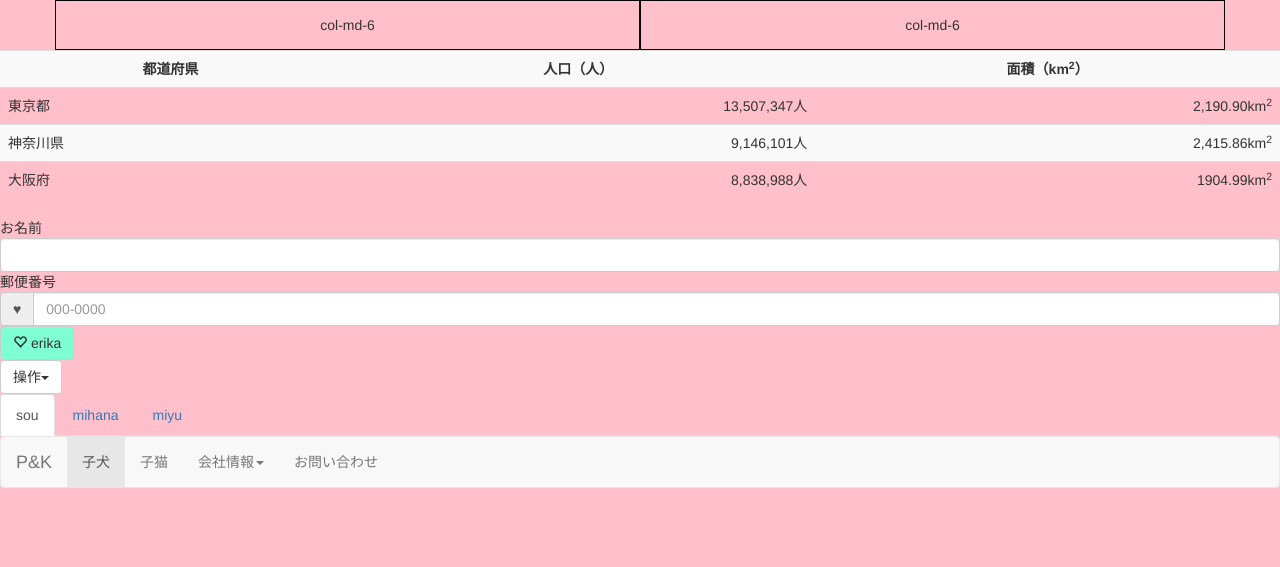
Repository: erika-sugimoto/microposts
Page: bootstrap_lesson.html
The author's editor kept a record of every edit. The page is drawn from the files as they stood at one moment, then again after the next edit.
The browser window is 1280 px wide. The pictures show the whole page.

Above is the page before.

### bootstrap_lesson.html
<!DOCTYPE html>
<html>
    <head>
        <meta charset="utf-8">
        <meta http-equiv="X-UA-Compatible" content="IE=edge">
        <meta name="viewport" content="width=device-width, initial-scale=1">

        <title>Grid System Test</title>

        <!-- Bootstrap CSS-->
        <link rel="stylesheet" href="https://maxcdn.bootstrapcdn.com/bootstrap/3.3.7/css/bootstrap.min.css">
        <!-- jQuery -->
        <script src="https://ajax.googleapis.com/ajax/libs/jquery/1.12.4/jquery.min.js"></script>
        <!-- Bootstrap JavaScript-->
        <script src="https://maxcdn.bootstrapcdn.com/bootstrap/3.3.7/js/bootstrap.min.js"></script>
    <link rel="stylesheet" href="bootstrap_lesson.css">
        <style>
            .row div {
                border: 1px solid #000;
                padding: 1em;
                text-align: center;

            }
        </style>

    </head>
    <body>
        <div class="container">
            <div class="row">
                <div class="col-md-6">col-md-6</div>
                <div class="col-md-6">col-md-6</div>
            </div>
        </div>
        <table class="table table-striped"　>
    <tr>
        <th class="text-center">都道府県</th>
        <th class="text-center">人口（人）</th>
        <th class="text-center">面積（km<sup>2</sup>）</th>
    </tr>
    <tr>
        <td>東京都</td>
        <td class="text-right">13,507,347人</td>
        <td class="text-right">2,190.90km<sup>2</sup></td>
    </tr>
    <tr>
        <td>神奈川県</td>
        <td class="text-right">9,146,101人</td>
        <td class="text-right">2,415.86km<sup>2</sup></td>
    </tr>
    <tr>
        <td>大阪府</td>
        <td class="text-right">8,838,988人</td>
        <td class="text-right">1904.99km<sup>2</sup></td>
    </tr>
</table>
<form>
    お名前
    <input type="text" class="form-control">
</form>
    <form>
  郵便番号
  <div class="input-group">
    <!-- left accessory -->
    <span class="input-group-addon">♥</span>

    <input type="text" class="form-control" placeholder="000-0000">
  </div>
</form>

<button id="erika" class="btn btn-default" type="submit">
    <span class="glyphicon glyphicon-heart-empty"></span>
    erika
    </button>
     <div class="dropdown">
  <button type="button" class="btn btn-default dropdown-toggle" data-toggle="dropdown">
    操作<span class="caret"></span>
  </button>
  <!-- choices -->
  <ul class="dropdown-menu">
    <li><a href="#">返信</a></li>
    <li><a href="#">転送</a></li>
    <li role="separator" class="divider"></li>
    <li><a href="#">削除</a></li>
  </ul>
</div>

<ul class="nav nav-tabs">
  <li class="active"><a href="#">sou</a></li>
  <li><a href="#">mihana</a></li>
  <li><a href="#">miyu</a></li>
</ul>

<nav class="navbar navbar-default">
  <div class="container-fluid">
    <div class="navbar-header">
      <!-- hamburger button which shows narrow width -->
      <button type="button" class="navbar-toggle collapsed" data-toggle="collapse" data-target="#navbar">
        <span class="icon-bar"></span>
        <span class="icon-bar"></span>
        <span class="icon-bar"></span>
      </button>

      <!-- link back to the home -->
      <a class="navbar-brand" href="#">P&amp;K</a>
    </div>

    <!-- menu items -->
    <div id="navbar" class="collapse navbar-collapse">
      <ul class="nav navbar-nav">
        <li class="active"><a href="#">子犬</a></li>
        <li><a href="#">子猫</a></li>
        <li class="dropdown">
          <a href="#" class="dropdown-toggle" data-toggle="dropdown">会社情報<span class="caret"></span></a>
          <ul class="dropdown-menu">
            <li><a href="#">ビジョン</a></li>
            <li><a href="#">会社概要</a></li>
            <li><a href="#">地図</a></li>
            <li><a href="#">沿革</a></li>
          </ul>
        </li>
        <li><a href="#">お問い合わせ</a></li>
      </ul>
    </div><!-- /.navbar-collapse -->
  </div><!-- /.container-fluid -->
</nav>
     </body>
</html>

### bootstrap_lesson.css
@charset "UTF-8";

body {
  background-color: #000;
}

@media (min-width: 500px) {
    /* style applied if window's width is 500px or more */
    body {
        background-color: pink;
    }
}

@media (min-width: 750px) {
    /* style applied if window's width is 750px or more */
    body {
        background-color: red;
    }
}

@media (min-width: 1000px) {
    /* style applied if window's width is 1000px or more */
    body {
        background-color: pink;
    }
}

#erika{
    background-color:#7fffd4;

}

#mihana{
    background-color:#ff69b4;

}

After the next edit:
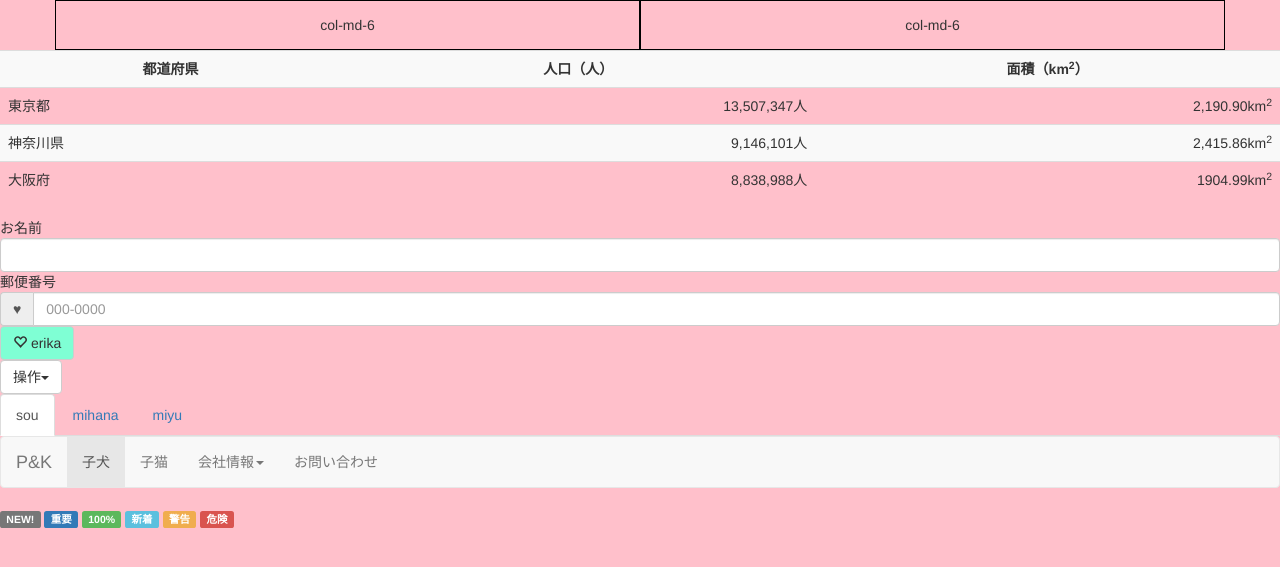
The edit:
--- a/bootstrap_lesson.html
+++ b/bootstrap_lesson.html
@@ -123,5 +123,11 @@
     </div><!-- /.navbar-collapse -->
   </div><!-- /.container-fluid -->
 </nav>
+<span class="label label-default">NEW!</span>
+<span class="label label-primary">重要</span>
+<span class="label label-success">100%</span>
+<span class="label label-info">新着</span>
+<span class="label label-warning">警告</span>
+<span class="label label-danger">危険</span>
      </body>
 </html>
